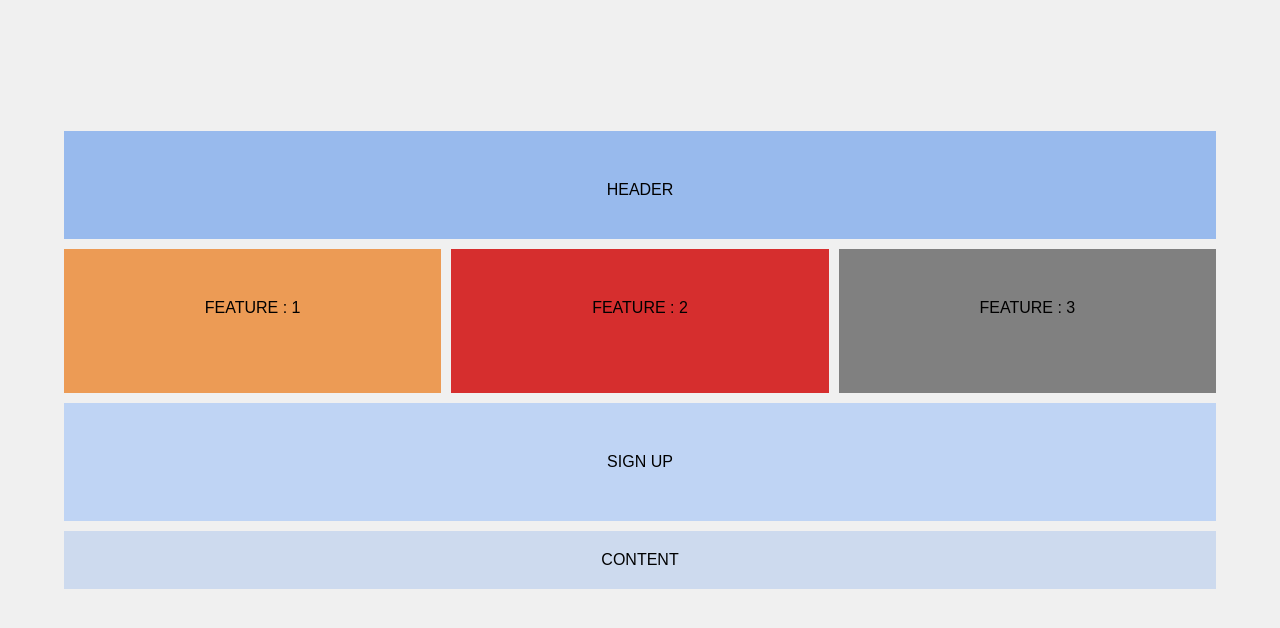
Repository: viveknaidu007/repo-152-FSD-InnomaticsTasksSep2024
Page: task_3/index.html
These files come from the project's save history. The page is drawn as it stood at one moment and after the next save; the edit follows.
The browser window is 1280 px wide. The pictures show the whole page.

Above is the page before, as saved 2024-10-02 11:58:28.

After the next save:
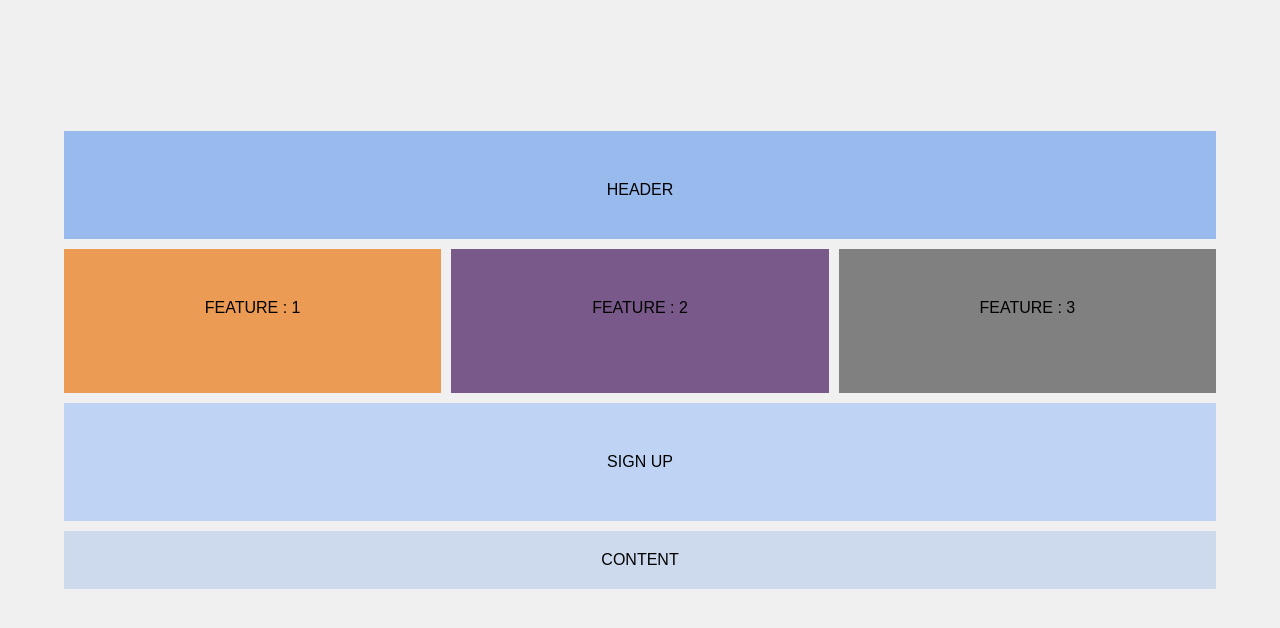
Saved 58 s later.
--- a/task_3/styles.css
+++ b/task_3/styles.css
@@ -46,7 +46,7 @@
   }
 
   .feature2 {
-    background-color: #d62e2e;
+    background-color: #79598a;
     height:20vh;
     padding: 50px;
     text-align: center;
